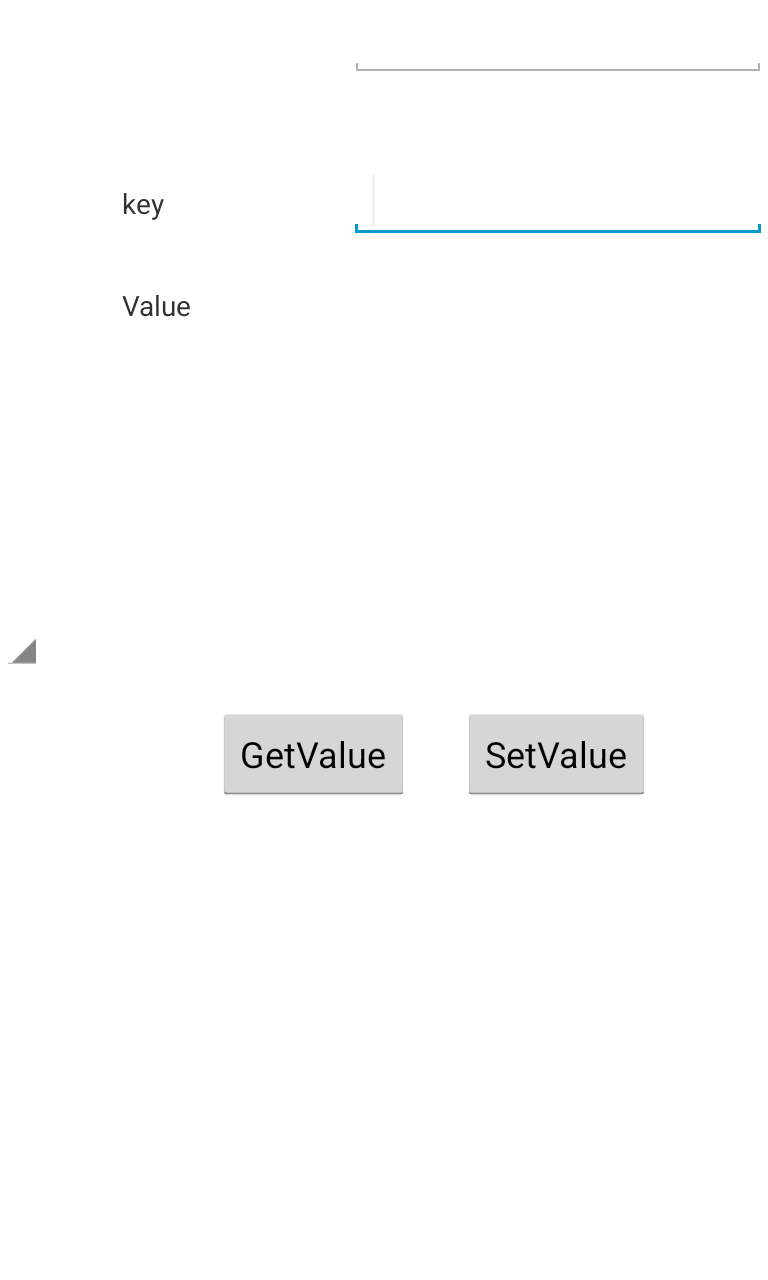
Repository: wangliang202/AndroidNdk
Layout: Store/res/layout/activity_main.xml
An editor plug-in stored every save of this project. The layout is shown before and after the next save, followed by the edit.
It is drawn on a 768 x 1280 px phone screen (xhdpi) without system bars, with theme AppTheme; the app's code is not run.

Above is the layout before, as saved 2017-12-23 07:01:33.

### Store/res/layout/activity_main.xml
<RelativeLayout xmlns:android="http://schemas.android.com/apk/res/android"
    xmlns:tools="http://schemas.android.com/tools"
    android:id="@+id/container"
    android:layout_width="match_parent"
    android:layout_height="match_parent"
    tools:context="com.store.MainActivity"
    tools:ignore="MergeRootFrame" >

    <TextView
        android:id="@+id/tv_key"
        android:layout_width="wrap_content"
        android:layout_height="wrap_content"
        android:layout_alignParentLeft="true"
        android:layout_alignParentTop="true"
        android:layout_marginLeft="61dp"
        android:layout_marginTop="92dp"
        android:text="key" />

    <TextView
        android:id="@+id/tv_value"
        android:layout_width="wrap_content"
        android:layout_height="wrap_content"
        android:layout_alignLeft="@+id/tv_key"
        android:layout_below="@+id/tv_key"
        android:layout_marginTop="32dp"
        android:text="Value" />

    <Spinner
        android:id="@+id/sp_type"
        android:layout_width="wrap_content"
        android:layout_height="wrap_content"
        android:layout_centerVertical="true"
        android:layout_toRightOf="@+id/textView2" />

    <Button
        android:id="@+id/bt_setvalue"
        android:layout_width="wrap_content"
        android:layout_height="wrap_content"
        android:layout_alignBaseline="@+id/bt_getvalue"
        android:layout_alignBottom="@+id/bt_getvalue"
        android:layout_alignParentRight="true"
        android:layout_marginRight="58dp"
        android:text="SetValue" />

    <TextView
        android:id="@+id/textView3"
        android:layout_width="wrap_content"
        android:layout_height="wrap_content"
        android:layout_centerVertical="true"
        android:layout_toLeftOf="@+id/sp_type"
        android:text="type" />

    <EditText
        android:id="@+id/et_value"
        android:layout_width="wrap_content"
        android:layout_height="wrap_content"
        android:layout_alignBaseline="@+id/textView2"
        android:layout_alignBottom="@+id/textView2"
        android:layout_alignParentRight="true"
        android:ems="10" />

    <EditText
        android:id="@+id/et_key"
        android:layout_width="wrap_content"
        android:layout_height="wrap_content"
        android:layout_alignBaseline="@+id/tv_key"
        android:layout_alignBottom="@+id/tv_key"
        android:layout_alignParentRight="true"
        android:ems="10" >

        <requestFocus />
    </EditText>

    <Button
        android:id="@+id/bt_getvalue"
        android:layout_width="wrap_content"
        android:layout_height="wrap_content"
        android:layout_below="@+id/sp_type"
        android:layout_marginRight="25dp"
        android:layout_marginTop="17dp"
        android:layout_toLeftOf="@+id/bt_setvalue"
        android:text="GetValue" />

</RelativeLayout>

Loaded but not shown: Store/res/values/styles.xml (common file); Store/res/values-v11/styles.xml (common file); Store/res/values-v14/styles.xml (common file)

After the next save:
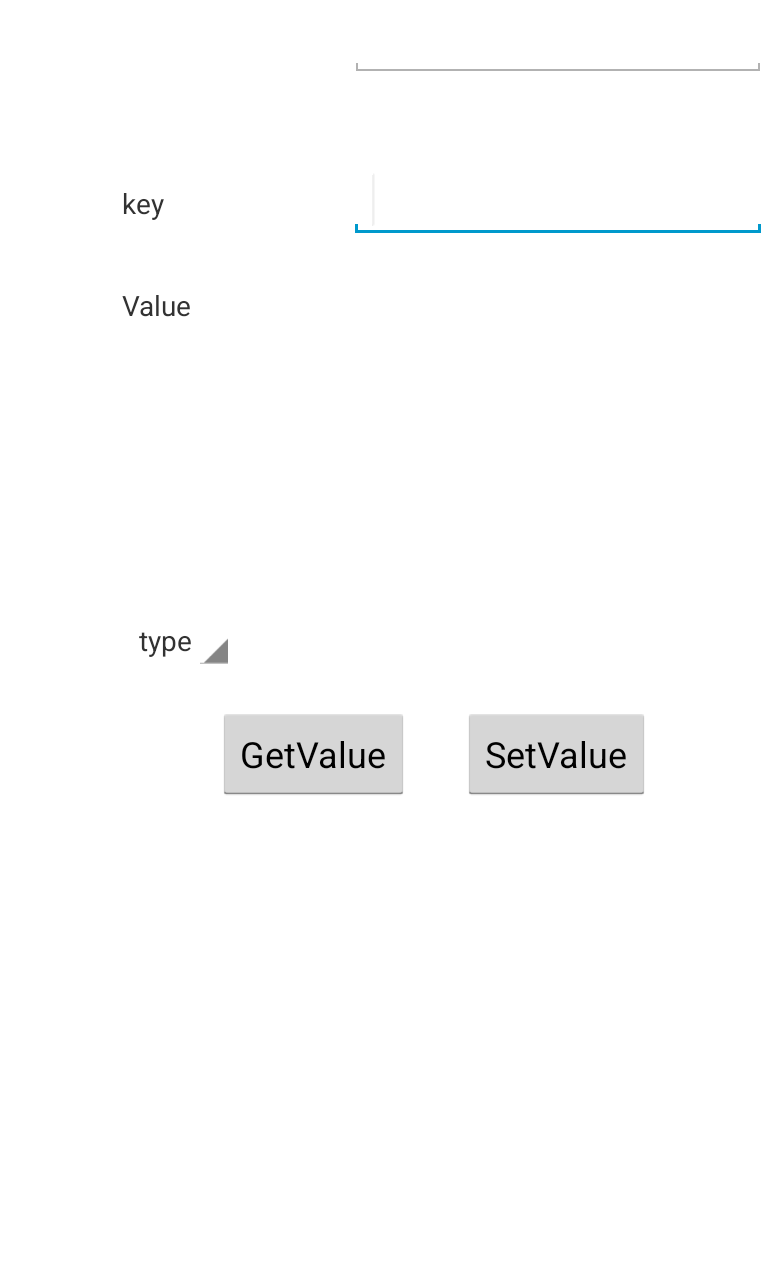
Saved 20 s later.
--- a/Store/res/layout/activity_main.xml
+++ b/Store/res/layout/activity_main.xml
@@ -30,7 +30,7 @@
         android:layout_width="wrap_content"
         android:layout_height="wrap_content"
         android:layout_centerVertical="true"
-        android:layout_toRightOf="@+id/textView2" />
+        android:layout_toRightOf="@+id/tv_value" />
 
     <Button
         android:id="@+id/bt_setvalue"
